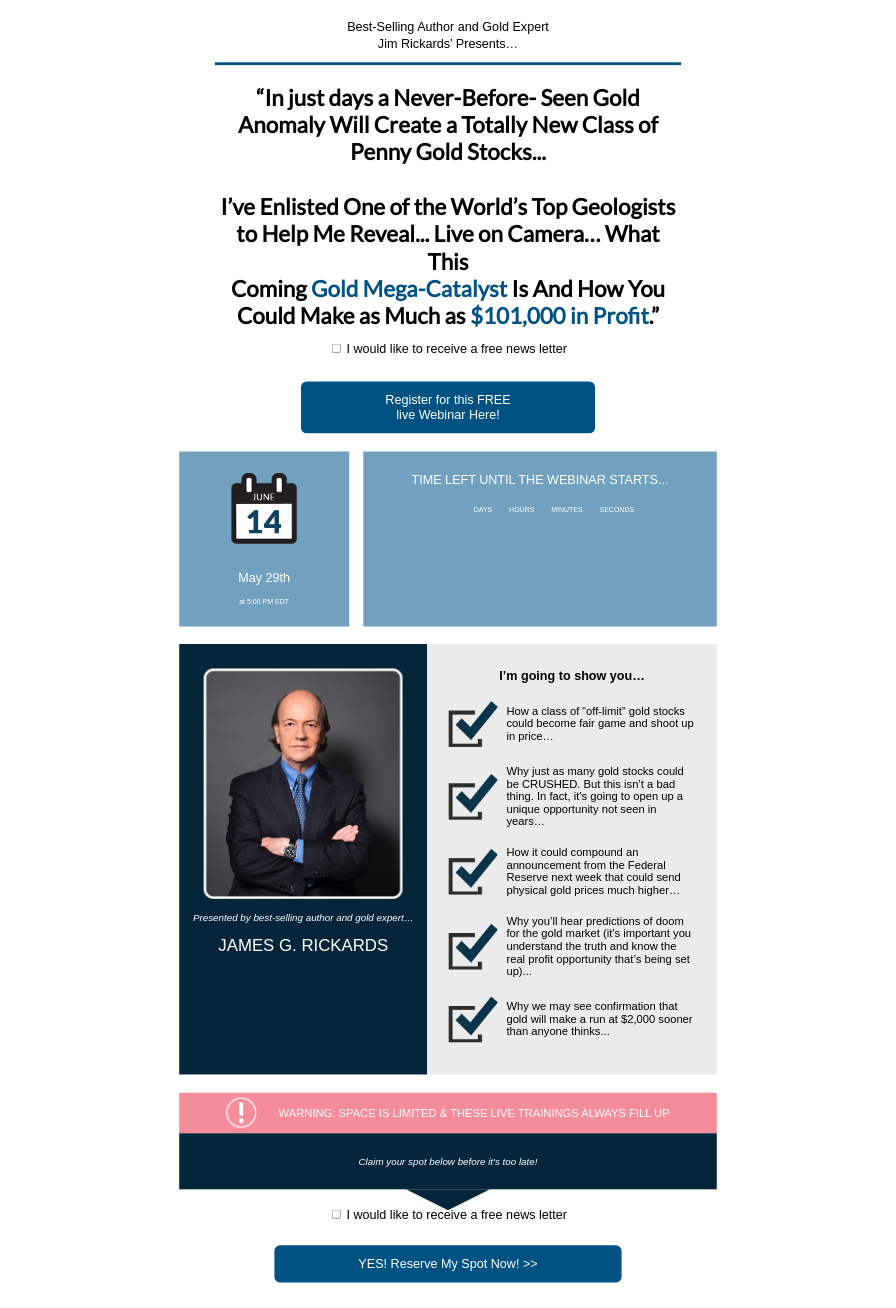
Repository: KrystellBarraza/Test
Page: index.html
The author's editor kept a copy of each file at every save. The page is drawn from the files as they stood at one save, then again after the next save.
The browser window is 1280 px wide. The pictures show the whole page, at 70% of full size.

Above is the page before, as saved 2019-10-07 13:33:20.

After the next save:
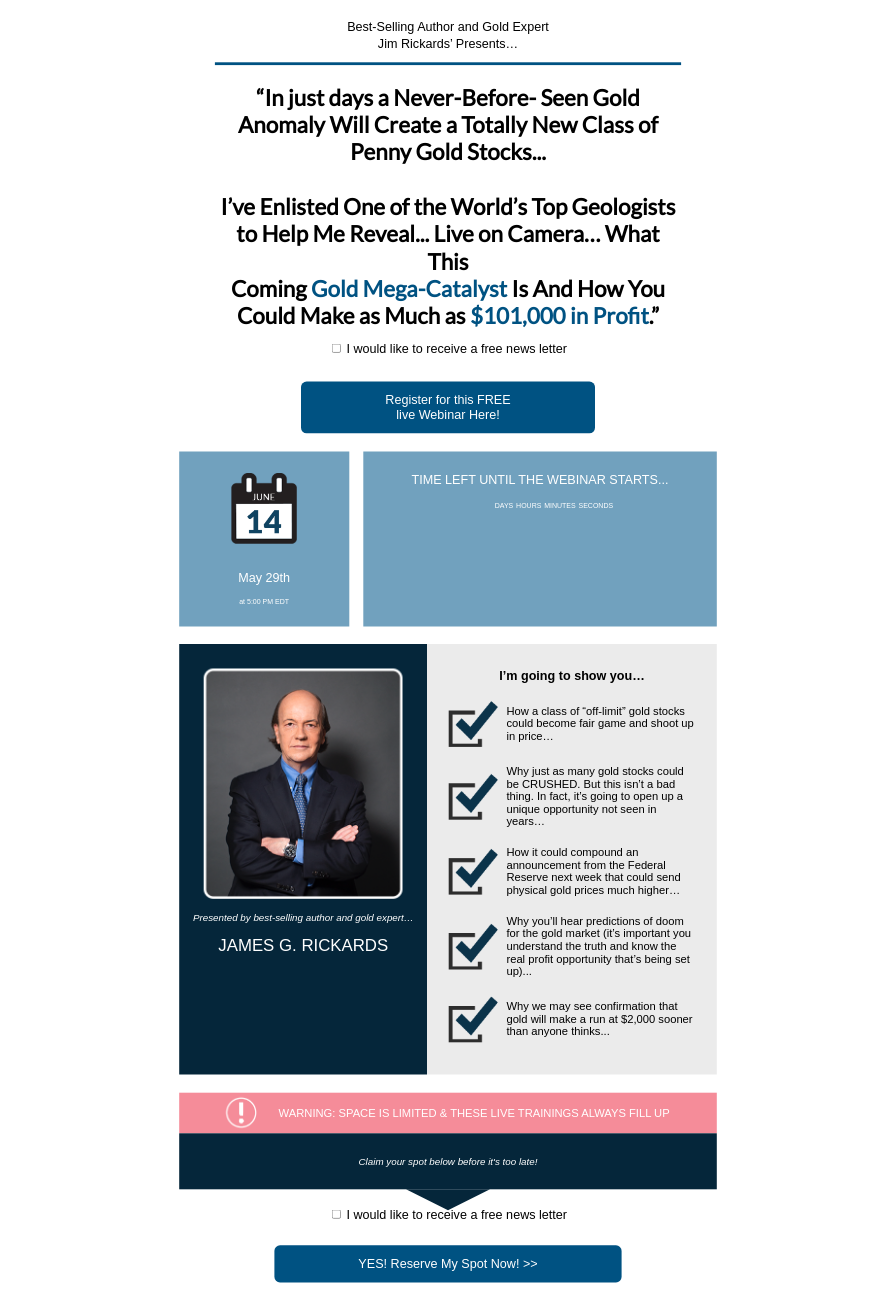
Saved 10 s later.
--- a/style.css
+++ b/style.css
@@ -158,7 +158,6 @@
     display: inline-block;
     font-size: 10px;
     list-style-type: none;
-    padding: 1em;
     text-transform: uppercase;
     font-family: arial, sans-serif;
 }
